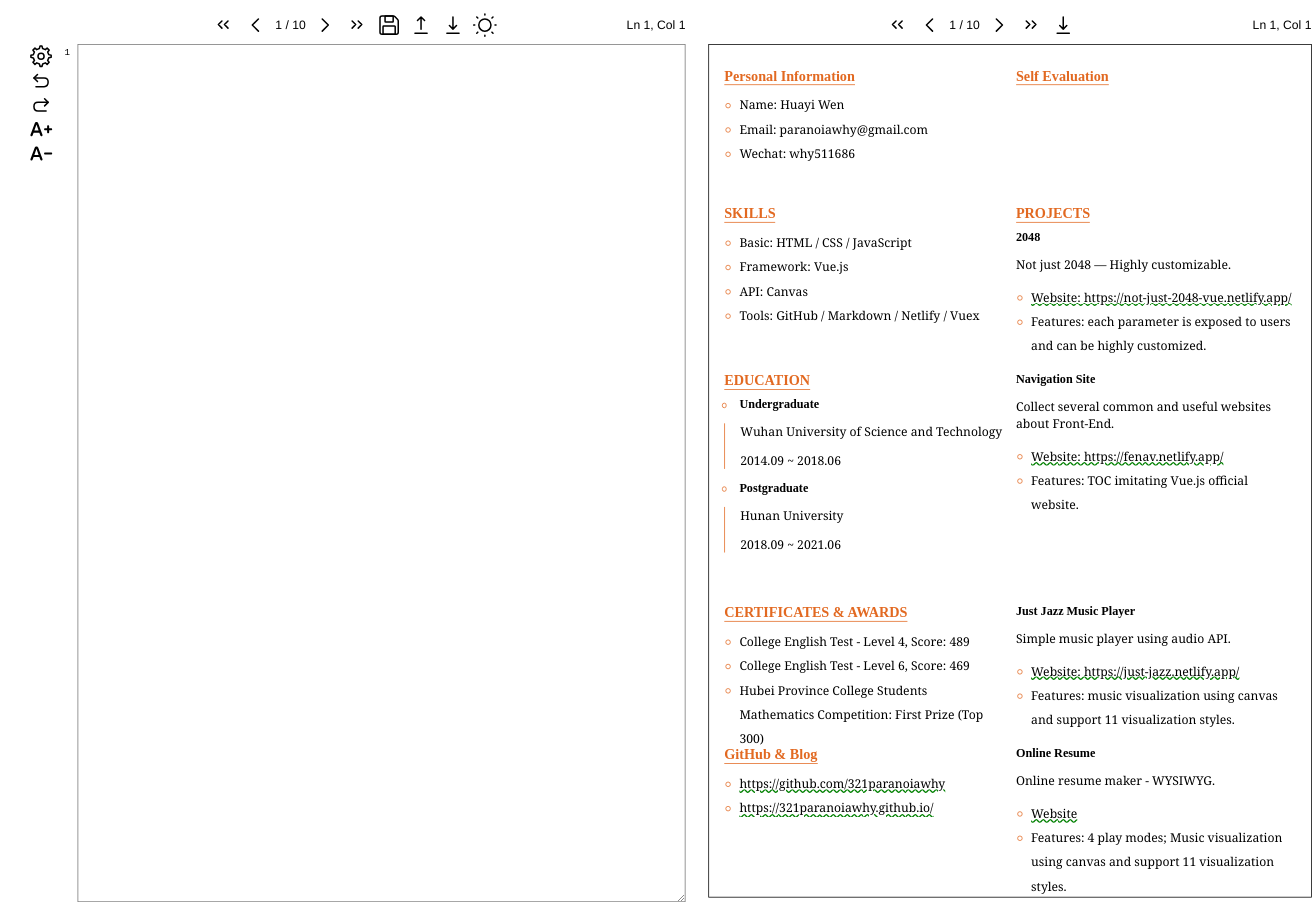
Repository: 321paranoiawhy/online-resume
Page: /
These files come from the project's save history. The page is drawn as it stood at one moment and after the next save; the edit follows.
The browser window is 1280 px wide. The page is 1726 px wide, so the pictures cover 1726 px, including what lies to the right of the window. The pictures show the whole page, at 76% of full size.
The project was rebuilt for these pictures with package versions that can differ from the ones it lists, and the page was loaded fresh each time. Also part of the build but not shown: vue.config.js, src/components/Header.vue, src/components/Introduction.vue, src/components/Footer.vue.

Above is the page before, as saved 2022-06-08 18:24:34.

### src/App.vue
<template>
    <router-view />
</template>

<style lang="scss">
html,
body,
#app {
    height: 100%;
}
#app {
    font-family: Avenir, Helvetica, Arial, sans-serif;
    -webkit-font-smoothing: antialiased;
    -moz-osx-font-smoothing: grayscale;
    text-align: center;
    // color: #2c3e50;
}
</style>

### src/css/common.css
:root {
    --A4-width: 210mm;
    --A4-height: 297mm;
    /* CSS 全局变量, 任何地方均可通过 var() 访问变量值 */
    --base: 12;
    /* 基于 --base 计算 --font-size-small 和 --line-height-small */
    /* 参考链接: https://www.ruanyifeng.com/blog/2017/05/css-variables.html */
    --font-size-small: calc(var(--base) * 1px);
    --line-height-small: calc(var(--base) * 1.5px);
    /* 字符间距 */
    --letter-spacing: 0.05em;
}
textarea.left-textarea {
    width: var(--A4-width); /* 210 * 96 / 25.4 = 793.7 px */
    height: var(--A4-height); /* 297 * 96 / 25.4 = 1122.52 px */
    /* 字体大小 */
    font-size: var(--font-size-small);
    /* 行高 */
    line-height: var(--line-height-small);
    /* 字符间距 */
    letter-spacing: var(--letter-spacing);
    /* 统一各浏览器下 textarea 盒模型 */
    margin: 0;
    border-width: 1px;
    padding: 2px;
}
div.right-output {
    /* 1 in = 25.4 mm = 96 px */
    width: var(--A4-width); /* 210 * 96 / 25.4 = 793.7 px */
    height: var(--A4-height); /* 297 * 96 / 25.4 = 1122.52 px */
    margin: 0;
    border: 1px solid red;
    padding: 2px;
    /* & .name {
        border: 1px solid blue;
    } */
}
img {
    width: 32px;
    height: 32px;
    cursor: pointer;
}

### src/views/HomeView.vue
<template>
    <!-- <TopHeader></TopHeader> -->
    <!-- <Introduction></Introduction> -->
    <div class="main-flex">
        <LeftInput class="left-input"></LeftInput>
        <RightOutput></RightOutput>
    </div>
    <!-- <BottomFooter></BottomFooter> -->
</template>

<script>
// @ is an alias to /src
import TopHeader from "@/components/Header.vue";
import Introduction from "@/components/Introduction.vue";
import LeftInput from "@/components/LeftInput.vue";
import RightOutput from "@/components/RightOutput.vue";
import BottomFooter from "@/components/Footer.vue";

// 功能拆解
// 下载源码和渲染结果文件(HTML&CSS, PDF, DOCX), 使用 Pandoc
// LaTeX 语法支持 (引入 MathJax)
// JavaScript 实现 解析
// common.css 负责特定样式
// 切换主题或者切换模板
// 主题 白天 黑夜
// 模板 暂定唯一模板 后续定制更多模板 (寻找优雅的 resume 模板)
// autosave
// localstorage
// 左侧应有快速插入标记, 如 name
export default {
    name: "HomeView",
    components: {
        TopHeader,
        Introduction,
        LeftInput,
        RightOutput,
        BottomFooter,
    },
};
</script>

<style scoped lang="scss">
div.main-flex {
    display: flex;
    width: fit-content;
    & .left-input {
        margin-left: 30px;
        margin-right: 30px;
    }
}
</style>

### src/components/RightOutput.vue
<template>
    <div class="right-output-flex-column">
        <div class="top-flex">
            <div class="center">
                <img
                    v-for="(item, index) in rightOutputImage.slice(0, 2)"
                    :key="index"
                    :src="require('../assets/images/' + item.img_src + '.svg')"
                    :alt="item.img_src"
                    @click="Fn(item.function)"
                />
                <p>{{ currentOutputPage }} / {{ totalOutputPage }}</p>
                <img
                    v-for="(item, index) in rightOutputImage.slice(2)"
                    :key="index"
                    :src="require('../assets/images/' + item.img_src + '.svg')"
                    :alt="item.img_src"
                    @click="Fn(item.function)"
                />
            </div>
            <!-- 快速跳转至某行某列 (默认当前页) -->
            <p @click="gotoLnAndCol">Ln 1, Col 1</p>
        </div>
        <!-- <div class="right-output" ref="output"></div> -->
        <testTemplateEN></testTemplateEN>
    </div>
</template>

<script>
import rightOutputImage from "/public/data/rightOutputImage.json";
import testTemplateEN from "./testTemplateEN.vue";

import { onMounted, ref, watch } from "@vue/runtime-core";
import { useStore } from "vuex";

export default {
    name: "RightOutput",
    components: {
        testTemplateEN,
    },
    setup() {
        let currentOutputPage = ref(1);
        let totalOutputPage = ref(10);
        const store = useStore();
        let output = ref(null);
        // 思路一: 根据左边输入栏实时输出至右边, 并设置相应的样式
        // 思路二: 默认右边已有示例模板, 左边输入栏实时输入右边输出栏实时更新替换
        // 思路二更优: 用户可预览, 页面须有提示或者有帮助文档 F1 查看 各块对应语法 syntax
        onMounted(() => {
            // output.value.value = computed(() => {
            //     console.log(store.state.compiledHTML);
            //     return store.state.compiledHTML;
            // });
            // output.value.innerHTML = store.state.compiledHTML;
        });
        watch(
            () => store.state.compiledHTML,
            () => {
                output.value.innerHTML = store.state.compiledHTML;
                // 设置 CSS 样式
            }
        );
        return {
            rightOutputImage,
            currentOutputPage,
            totalOutputPage,
            output,
        };
    },
};
</script>

<style scoped lang="scss">
.right-output-flex-column {
    display: flex;
    flex-direction: column;
    & div.top-flex {
        display: flex;
        width: 210mm;
        margin-left: auto;
        justify-content: center;
        & div.center {
            flex-grow: 1;
            display: flex;
            justify-content: center;
            align-items: center;
            gap: 10px;
        }
    }
}
</style>

### src/components/Sidebar.vue
<template>
    <div class="sidebar-flex-column">
        <img
            v-for="(item, index) in sidebarImage"
            :key="index"
            :src="require('../assets/images/' + item.img_src + '.svg')"
            :alt="item.img_src"
            @click="Fn(item.function)"
        />
    </div>
</template>

<script>
// 引入图片 json 数据文件
import sidebarImage from "/public/data/sidebarImage.json";

export default {
    name: "Sidebar",
    setup() {
        // 当前 base
        let currentBase = 12;
        // Fn: 根据入参执行相应函数
        let Fn = (parameter) => {
            switch (parameter) {
                case "set":
                    break;
                // 撤销 TODO(有限次 or 无限次)
                case "undo":
                    break;
                // 重做 TODO
                case "redo":
                    break;
                // 每次 --base +2
                case "textIncrease":
                    // 最大值: 24 (2*12)
                    if (currentBase === 24) {
                        return;
                    }
                    // 修改 root --base (可同步修改 --font-size-small,--line-height-small)
                    document.documentElement.style.setProperty(
                        "--base",
                        `${currentBase + 2}`
                    );
                    // 更新 currentBase
                    currentBase += 2;
                    break;
                // 每次 --base -2
                case "textDecrease":
                    // 最小值: 8
                    if (currentBase === 8) {
                        return;
                    }
                    document.documentElement.style.setProperty(
                        "--base",
                        `${currentBase - 2}`
                    );
                    // 更新 currentBase
                    currentBase -= 2;
                    break;
                default:
                    break;
            }
        };
        return {
            sidebarImage,
            currentBase,
            Fn,
        };
    },
};
</script>

<style scoped lang="scss">
.sidebar-flex-column {
    display: flex;
    flex-direction: column;
    width: fit-content;
    height: fit-content;
}
</style>

### src/components/testTemplateEN.vue
<template>
    <div class="grid">
        <div>
            <h3>Personal Information</h3>
            <ul>
                <li>Name: Huayi Wen</li>
                <li>Email: paranoiawhy@gmail.com</li>
                <li>Wechat: why511686</li>
            </ul>
        </div>
        <div>
            <h3>Self Evaluation</h3>
        </div>
        <div>
            <h3>SKILLS</h3>
            <ul>
                <li>Basic: HTML / CSS / JavaScript</li>
                <li>Framework: Vue.js</li>
                <li>API: Canvas</li>
                <li>Tools: GitHub / Markdown / Netlify / Vuex</li>
            </ul>
        </div>
        <div>
            <h3>PROJECTS</h3>
            <h4>2048</h4>
            <!-- em dash: https://www.toptal.com/designers/htmlarrows/punctuation/em-dash/ -->
            <p>Not just 2048 &#8212; Highly customizable.</p>
            <ul>
                <li>
                    <a href="https://not-just-2048-vue.netlify.app/"
                        >Website: https://not-just-2048-vue.netlify.app/</a
                    >
                </li>
                <li>
                    Features: each parameter is exposed to users and can be
                    highly customized.
                </li>
            </ul>
        </div>
        <div>
            <h3>EDUCATION</h3>
            <h4 class="disc">Undergraduate</h4>
            <div class="border">
                <p>Wuhan University of Science and Technology</p>
                <p>2014.09 ~ 2018.06</p>
            </div>
            <h4 class="disc">Postgraduate</h4>
            <div class="border">
                <p>Hunan University</p>
                <p>2018.09 ~ 2021.06</p>
            </div>
        </div>
        <div>
            <h4>Navigation Site</h4>
            <p>Collect several common and useful websites about Front-End.</p>
            <ul>
                <li>
                    <a href="https://fenav.netlify.app/"
                        >Website: https://fenav.netlify.app/</a
                    >
                </li>
                <li>Features: TOC imitating Vue.js official website.</li>
            </ul>
        </div>
        <div>
            <h3>CERTIFICATES & AWARDS</h3>
            <ul>
                <li>College English Test - Level 4, Score: 489</li>
                <li>College English Test - Level 6, Score: 469</li>
                <li>
                    Hubei Province College Students Mathematics Competition:
                    First Prize (Top 300)
                </li>
            </ul>
        </div>
        <div>
            <h4>Just Jazz Music Player</h4>
            <p>Simple music player using audio API.</p>
            <ul>
                <li>
                    <a href="https://just-jazz.netlify.app/"
                        >Website: https://just-jazz.netlify.app/</a
                    >
                </li>
                <li>
                    Features: music visualization using canvas and support 11
                    visualization styles.
                </li>
            </ul>
        </div>
        <div>
            <h3>GitHub & Blog</h3>
            <ul>
                <li>
                    <a href="https://github.com/321paranoiawhy"
                        >https://github.com/321paranoiawhy</a
                    >
                </li>
                <li>
                    <a href="https://321paranoiawhy.github.io/"
                        >https://321paranoiawhy.github.io/</a
                    >
                </li>
            </ul>
        </div>
        <div>
            <h4>Online Resume</h4>
            <p>Online resume maker - WYSIWYG.</p>
            <ul>
                <li>
                    <a href="https://just-jazz.netlify.app/">Website</a>
                </li>
                <li>
                    Features: 4 play modes; Music visualization using canvas and
                    support 11 visualization styles.
                </li>
            </ul>
        </div>
    </div>
</template>

<script>
export default {
    name: "testTemplate",
    setup() {
        return {};
    },
};
</script>

<style scoped lang="scss">
$margin-left: 20px;
div.grid {
    display: grid;
    grid-template-columns: 1fr 1fr;
    column-gap: 1rem;
    width: var(--A4-width);
    height: var(--A4-height);
    // background-color: #e6e6e6;
    text-align: left;
    // border-box
    box-sizing: border-box;
    // 内边距
    padding: 20px;
    border: 1px solid;
    & ul {
        padding: 0 0 0 $margin-left;
        margin: 0;
        list-style-type: circle;
        font-family: Cambria;
        & li {
            & img {
                width: 24px;
                height: 24px;
                vertical-align: middle;
                margin-right: 5px;
            }
            height: 2rem;
            line-height: 2rem;
        }
    }
    & ul li::marker {
        color: #e26921;
    }
    & p {
        font-family: Cambria;
    }
    & h3 {
        color: #e26921;
        font-family: didot;
        width: fit-content;
        border-bottom: 1px solid;
        margin: 10px 0;
    }
    & h4 {
        font-family: didot;
        margin: 10px 0;
    }
    & h4.disc {
        position: relative;
        margin-left: $margin-left;
        &::before {
            position: absolute;
            content: " ";
            left: -23.2px;
            top: 40%;
            width: 4.4px;
            height: 4.4px;
            border: 1px solid #e26921;
            border-radius: 50%;
        }
    }
    & a {
        text-decoration: green wavy underline;
        color: inherit;
        // font-family: Cambria;
        // font-family: "Cormorant Garamond", serif;
    }
    & div.border {
        border-left: 1px solid #e26921;
        & p {
            margin-left: $margin-left;
        }
    }
}
</style>

Loaded but not shown: public/index.html (common file); src/router/index.js (common file); public/data/leftInputImage.json (30 lines, source omitted); public/data/rightOutputImage.json (22 lines, source omitted); public/data/sidebarImage.json (22 lines, source omitted); src/store/index.js (34 lines, source omitted); src/main.js (8 lines, source omitted); src/components/LeftInput.vue (291 lines, source omitted)

After the next save:
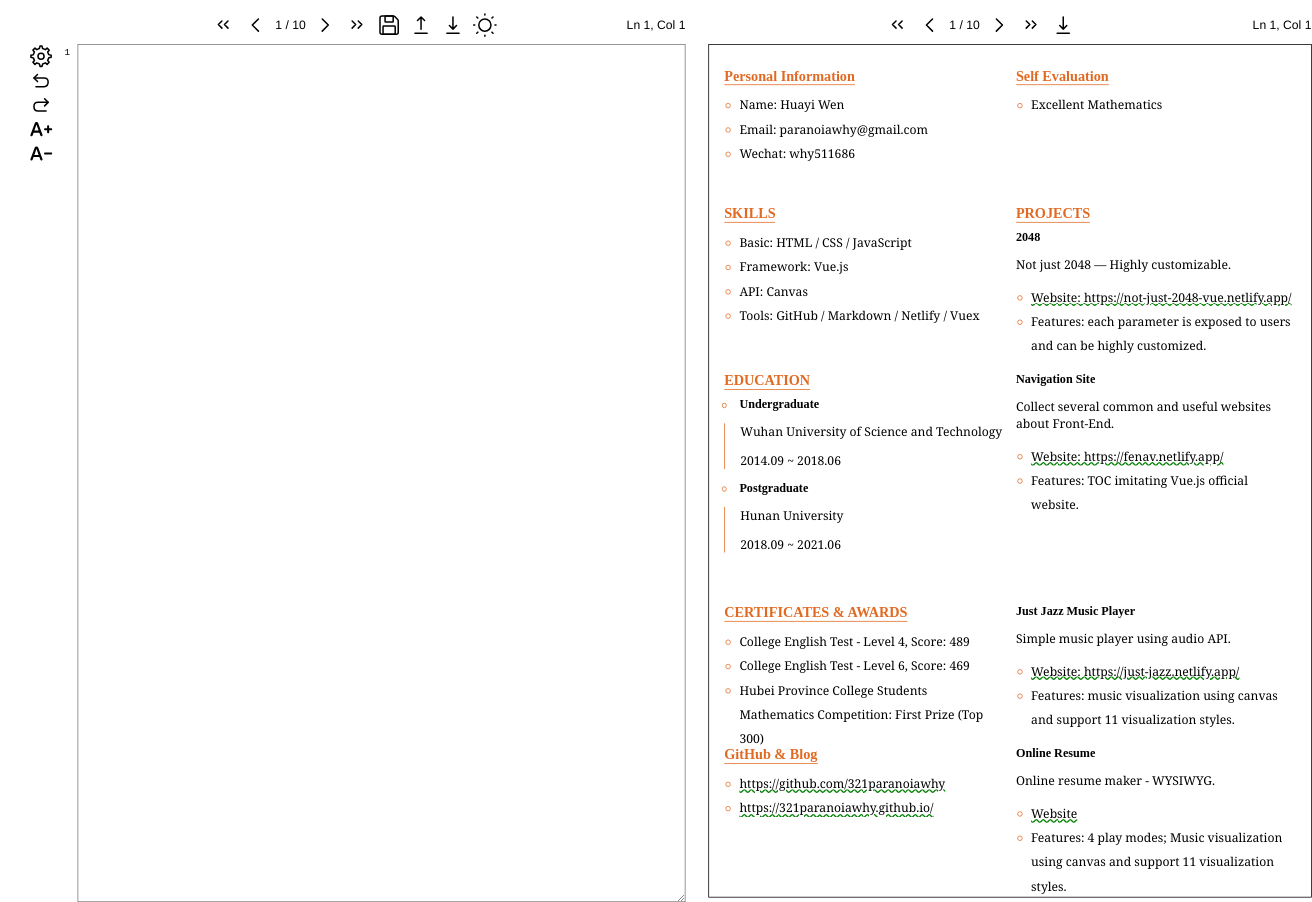
Saved 40 s later.
--- a/src/components/testTemplateEN.vue
+++ b/src/components/testTemplateEN.vue
@@ -10,6 +10,9 @@
         </div>
         <div>
             <h3>Self Evaluation</h3>
+            <ul>
+                <li>Excellent Mathematics</li>
+            </ul>
         </div>
         <div>
             <h3>SKILLS</h3>
